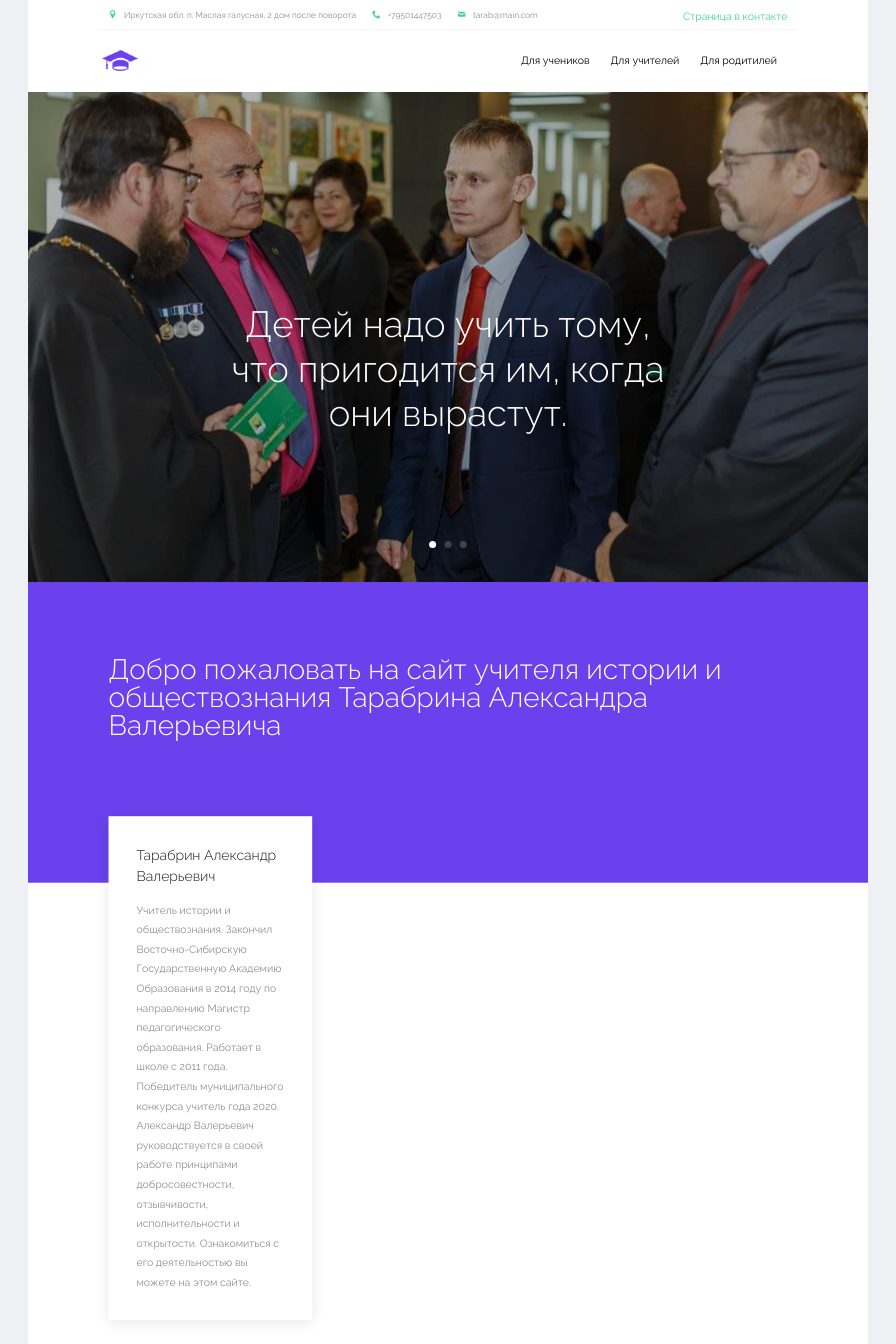
Repository: tarabrin-aleksander/tarabrin-aleksander
Page: index.html
The author's editor kept a copy of each file at every save. The page is drawn from the files as they stood at one save, then again after the next save.
The browser window is 1280 px wide. The pictures show the part of the page from y = 0 to 1920 px (the page is 3326 px tall before and 3354 px after), at 70% of full size.
Pictures or frames that could not be fetched are drawn as grey boxes.

Above is the page before, as saved 2020-01-24 15:12:26.

After the next save:
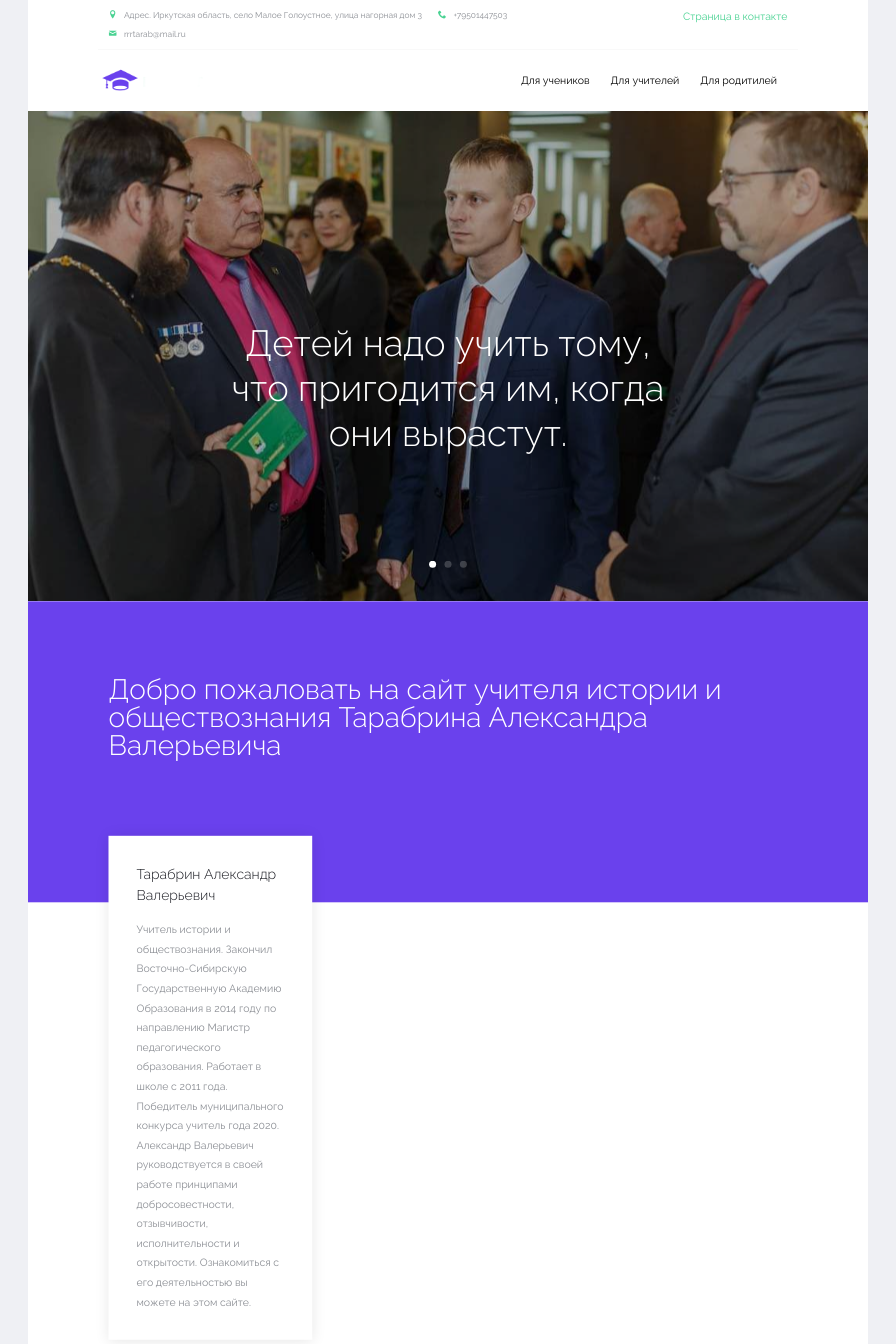
Saved 10 min 55 s later.
--- a/index.html
+++ b/index.html
@@ -26,9 +26,9 @@
         <div class="container">
           <div class="row">
             <div class="col-lg-9 col-md-9 col-sm-9 probootstrap-top-quick-contact-info">
-              <span><i class="icon-location2"></i>Иркутская обл. п. Маслая галусная, 2 дом после поворота</span>
+              <span><i class="icon-location2"></i>Адрес. Иркутская область, село Малое Голоустное, улица нагорная дом 3</span>
               <span><i class="icon-phone2"></i>+79501447503</span>
-              <span><i class="icon-mail"></i>tarab@main.com</span>
+              <span><i class="icon-mail"></i>rrrtarab@mail.ru</span>
             </div>
             <div class="col-lg-3 col-md-3 col-sm-3 probootstrap-top-social">
               <ul>
